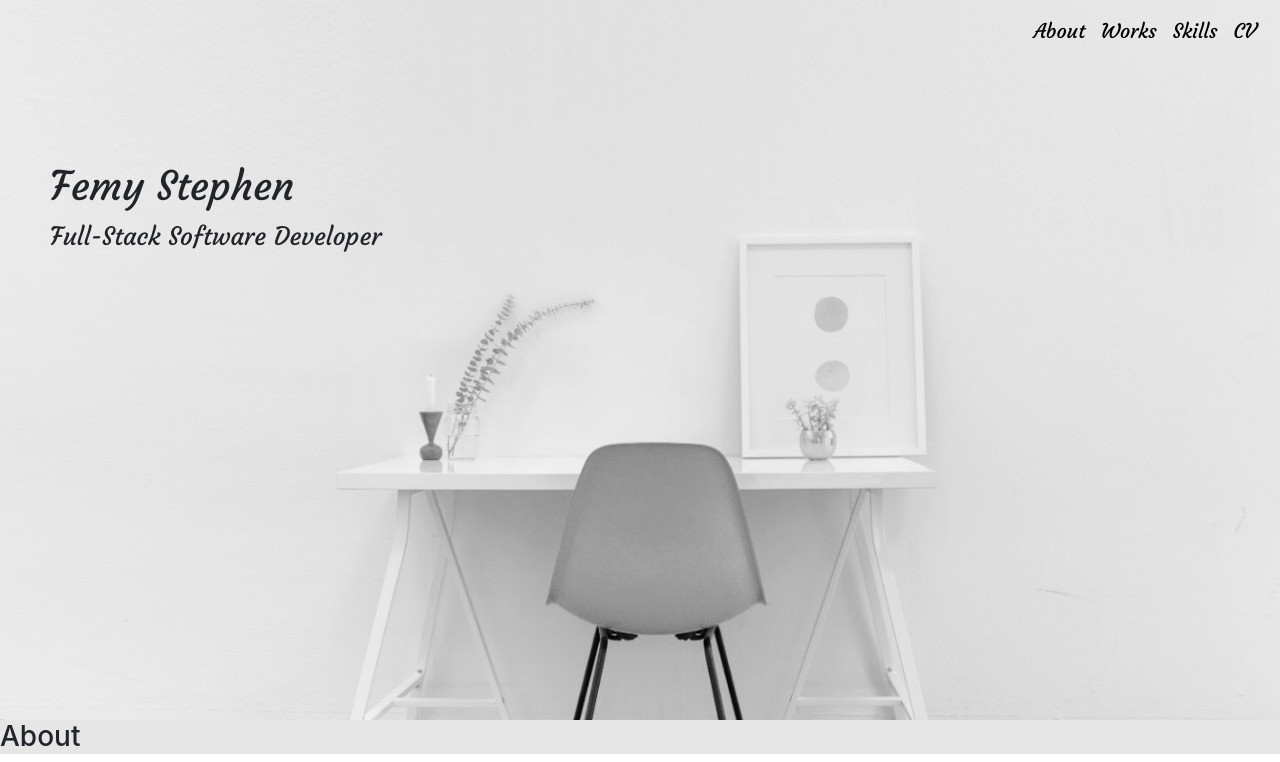
Repository: femy16/FemyStephen
Page: index.html
The author's editor kept a record of every edit. The page is drawn from the files as they stood at one moment, then again after the next edit.
The browser window is 1280 px wide. The pictures show the whole page.
Backgrounds fixed to the window are drawn as part of the page. Some web libraries are served in a nearby version.

Above is the page before.
Not found: hover.css

After the next edit:
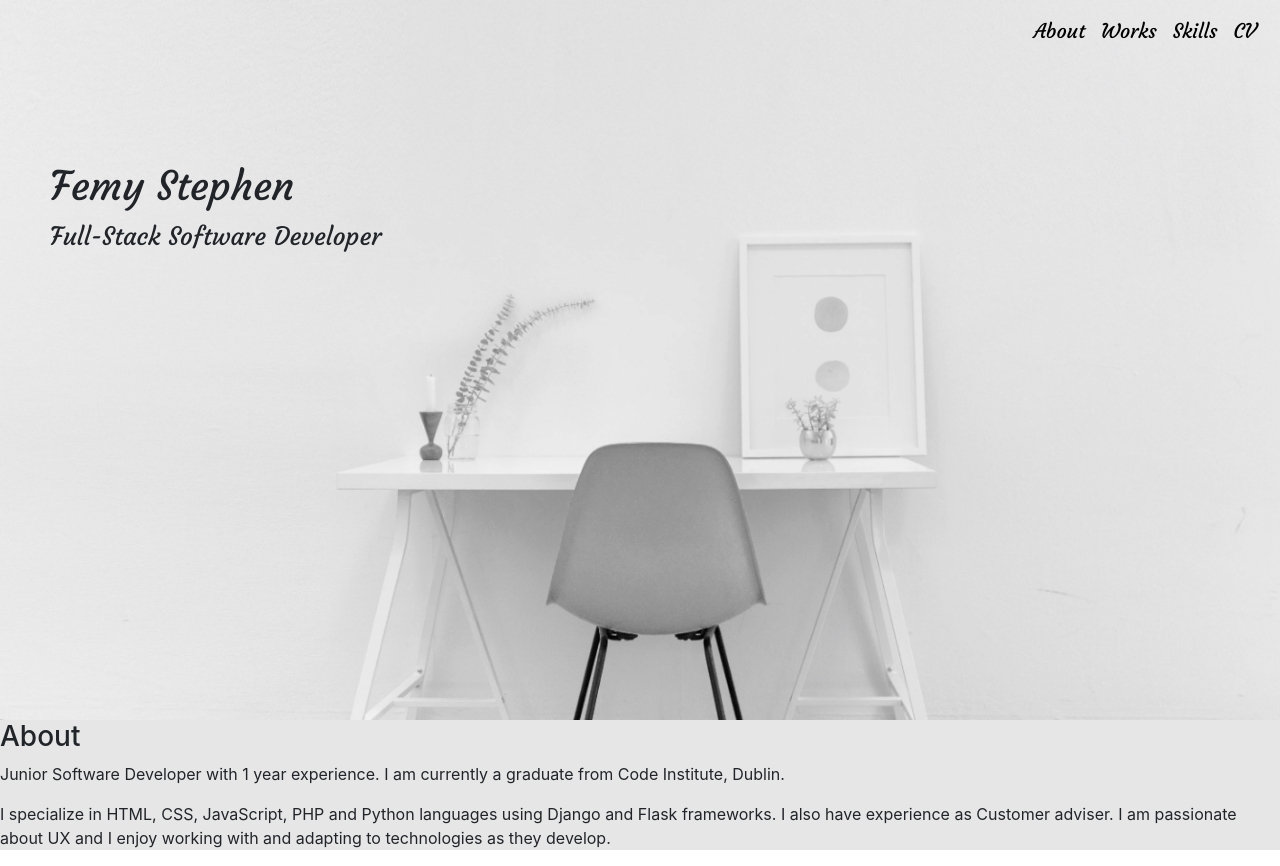
The edit:
--- a/index.html
+++ b/index.html
@@ -54,7 +54,9 @@
     <main>
       <div id="about">
           <h3>About</h3>
-
+          <p>Junior Software Developer with 1 year experience. I am currently a graduate from Code Institute, Dublin.</p>
+<p>I specialize in HTML, CSS, JavaScript, PHP and Python languages using Django and Flask frameworks. I also have experience as Customer adviser.
+I am passionate about UX and I enjoy working with and adapting to technologies as they develop.</p>
       </div>
 
     </main>
